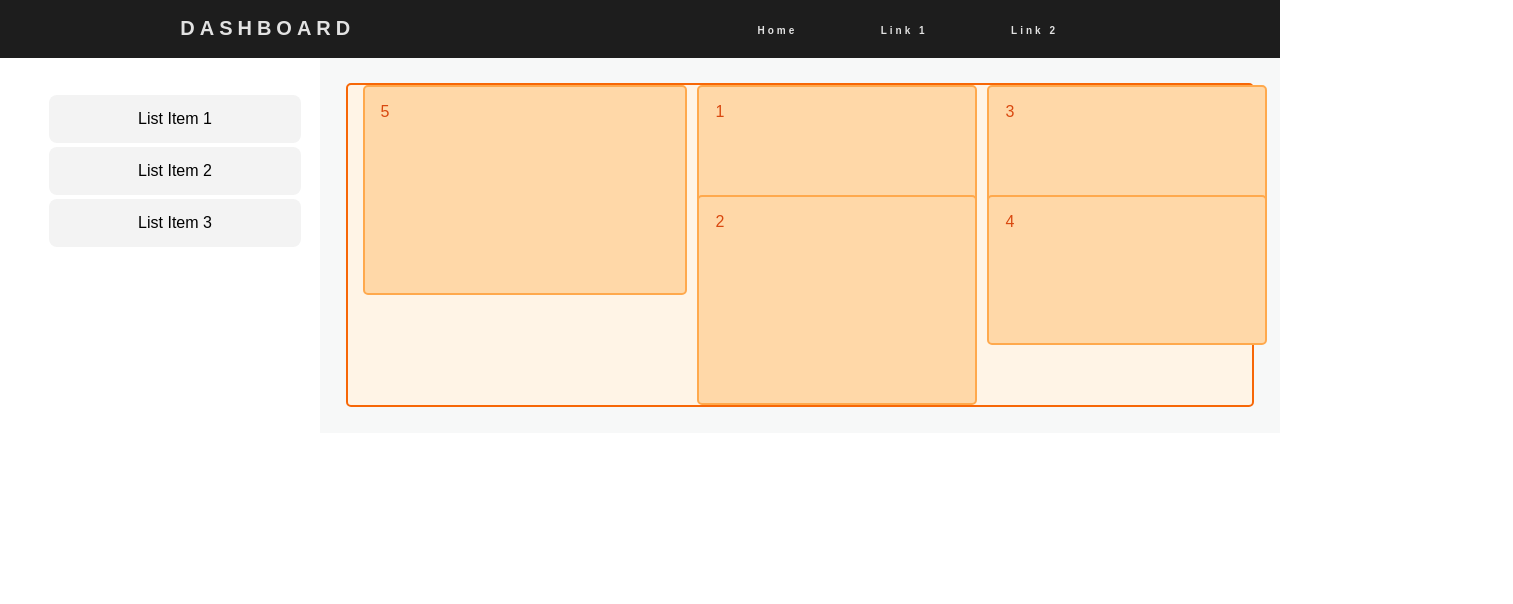
Repository: nourabdelhakam/drag-drop
Page: index.html
These files come from the project's save history. The page is drawn as it stood at one moment and after the next save; the edit follows.
The browser window is 1280 px wide. The page is 1280 px wide, then 1513 px, so the pictures cover 1513 px, including what lies to the right of the window. The pictures show the whole page.

Above is the page before, as saved 2020-07-03 11:09:03.

After the next save:
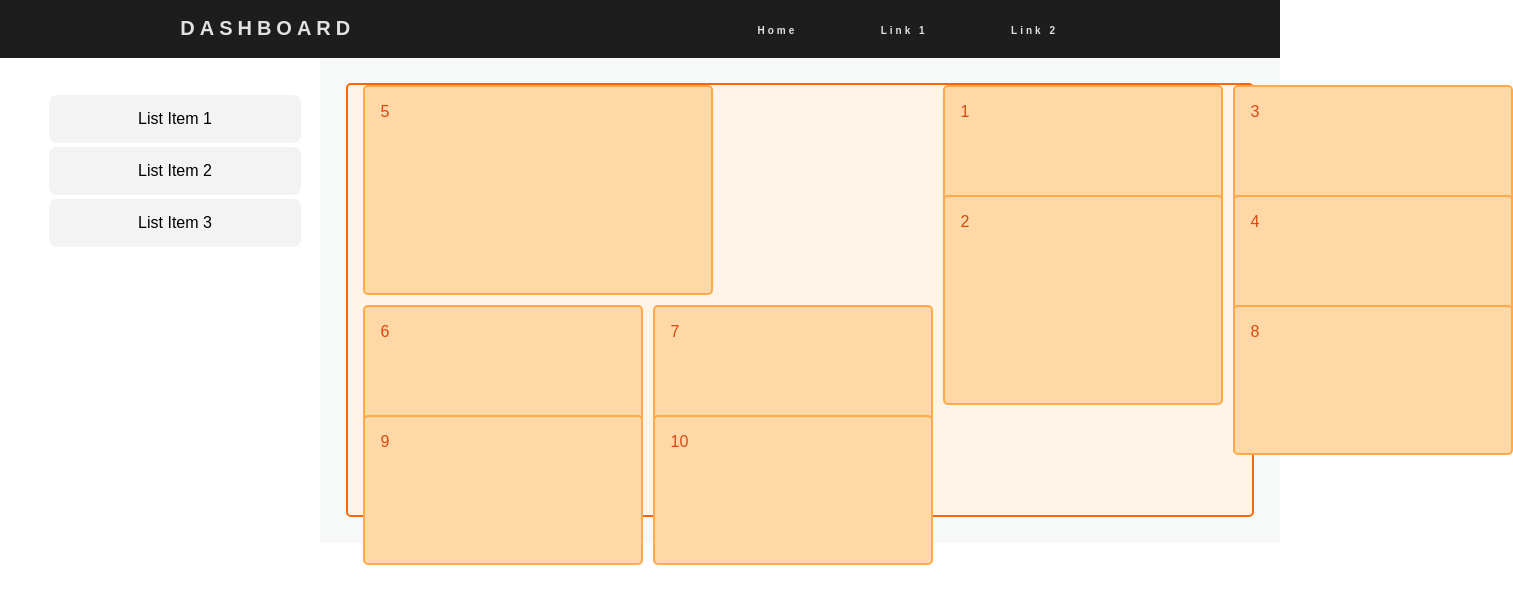
Saved 80 s later.
--- a/index.html
+++ b/index.html
@@ -43,6 +43,11 @@
                         <div class="list">3</div>
                         <div class="list">4</div>
                         <div class="list">5</div>
+                        <div class="list">6</div>
+                        <div class="list">7</div>
+                        <div class="list">8</div>
+                        <div class="list">9</div>
+                        <div class="list">10</div>
                       </div>
                   </div>
       </section>
